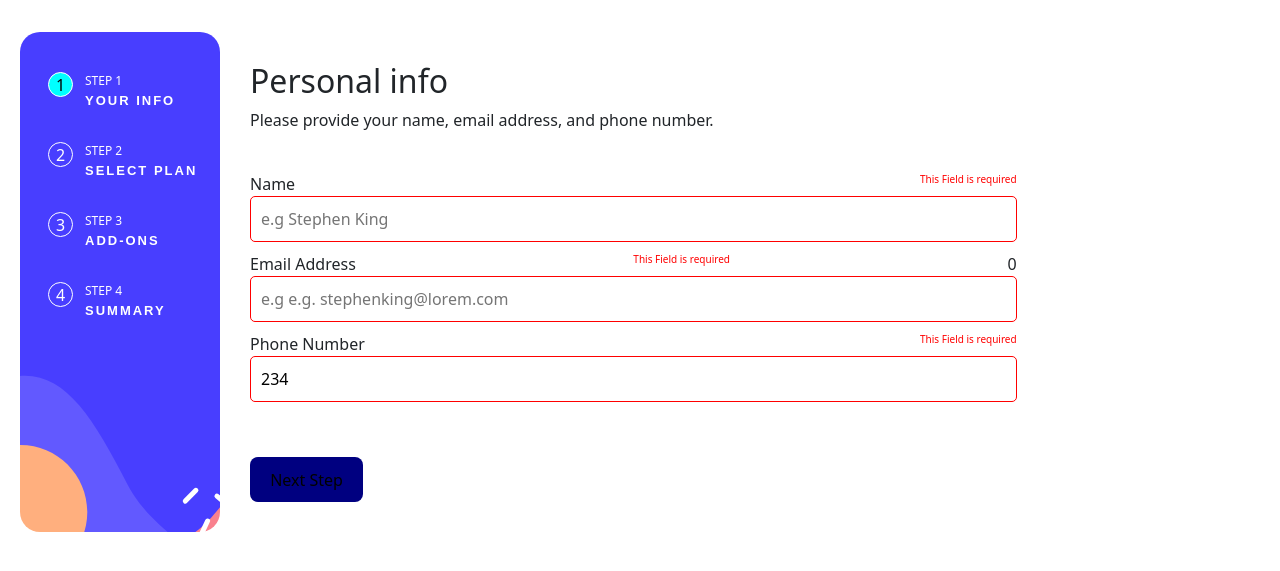
Repository: Celebration-cloud/Multi-Step-Form
Page: /
An editor plug-in stored every save of this project. The page is shown before and after a run of saves, followed by the edit.
The browser window is 1280 px wide. The pictures show the whole page.
The project was rebuilt for these pictures with package versions that can differ from the ones it lists, and the page was loaded fresh each time. Also part of the build but not shown: vite.config.js, src/GoBack.jsx.

Above is the page before, as saved 2023-11-01 14:32:14.

### index.html
<!DOCTYPE html>
<html lang="en">
<head>
  <meta charset="UTF-8">
  <meta name="viewport" content="width=device-width, initial-scale=1.0"> <!-- displays site properly based on user's device -->

  <title>Multi-step form</title>
  <link href="https://cdn.jsdelivr.net/npm/bootstrap@5.0.2/dist/css/bootstrap.min.css" rel="stylesheet" integrity="sha384-EVSTQN3/azprG1Anm3QDgpJLIm9Nao0Yz1ztcQTwFspd3yD65VohhpuuCOmLASjC" crossorigin="anonymous">
  <!-- Feel free to remove these styles or customise in your own stylesheet 👍 -->
  <style>
    .attribution { font-size: 11px; text-align: center; }
    .attribution a { color: hsl(228, 45%, 44%); }
  </style>
</head>
<body>
  <div id="root"></div>
  <script src="https://cdn.jsdelivr.net/npm/@popperjs/core@2.9.2/dist/umd/popper.min.js" integrity="sha384-IQsoLXl5PILFhosVNubq5LC7Qb9DXgDA9i+tQ8Zj3iwWAwPtgFTxbJ8NT4GN1R8p" crossorigin="anonymous"></script>
  <script src="https://cdn.jsdelivr.net/npm/bootstrap@5.0.2/dist/js/bootstrap.min.js" integrity="sha384-cVKIPhGWiC2Al4u+LWgxfKTRIcfu0JTxR+EQDz/bgldoEyl4H0zUF0QKbrJ0EcQF" crossorigin="anonymous"></script>
  <script type="module" src="./src/main.jsx"></script>
</body>
</html>

### src/App.jsx
import { useState } from 'react'
import './App.css'
import "@fontsource/roboto/300.css";
import "@fontsource/roboto/400.css";
import "@fontsource/roboto/500.css";
import "@fontsource/roboto/700.css";
import Pagination from './Pagination/Pagination';
import Procedures from './Procedures/Procedures';
import { PersonalInfo, PickAddOns, SelectYourPlan } from "../src/Procedures/ProceduresList";


function App() {
  const [pages, setPages] = useState(1)
    const [pageDetail, setPageDetail] = useState([])

    const handleNext = () => {
        if(pages < 4)
        setPages(prev => prev + 1)
    }
    const handlePrev = () => {
        if(pages >= 1)
        setPages(prev => prev - 1)
    }
    const store = (slide1) => {
      setPageDetail(prev => [...prev, slide1])
    }
    const handleSubmit = (e) => {
      e.preventDefault();
      handleNext()
      store()
      console.log(pageDetail)
    };
    const slide = [
      <>
        <PersonalInfo store={store}/>
      </>,
      <>
        <SelectYourPlan />
      </>,
      <>
        <PickAddOns />
      </>,
    ];


  return (
    <div className="forming row">
      <div className="pagination col-md-2">
        <Pagination pages={pages} />
      </div>
      <div className="proceed col-sm-8">
        <Procedures
          handlePrev={handlePrev}
          handleSubmit={handleSubmit}
          slide={slide}
          pages={pages}
        />
      </div>
    </div>
  );
}

export default App

{/* <div>
     Sidebar start
    Step 1
  Your info

  Step 2
  Select plan

  Step 3
  Add-ons

  Step 4
  Summary

  Sidebar end

   Step 1 start

  Personal info
  Please provide your name, email address, and phone number.

  Name
  e.g. Stephen King

  Email Address
  e.g. stephenking@lorem.com

  Phone Number
  e.g. +1 234 567 890

  Next Step

  Step 1 end

   Step 2 start

  Select your plan
  You have the option of monthly or yearly billing.

  Arcade
  $9/mo

  Advanced
  $12/mo

  Pro
  $15/mo

  Monthly
  Yearly

  Go Back
  Next Step

  Step 2 end

   Step 3 start

  Pick add-ons
  Add-ons help enhance your gaming experience.

  Online service
  Access to multiplayer games
  +$1/mo

  Larger storage
  Extra 1TB of cloud save
  +$2/mo

  Customizable Profile
  Custom theme on your profile
  +$2/mo

  Go Back
  Next Step

   Step 3 end

  Step 4 start

  Finishing up
  Double-check everything looks OK before confirming.

   Dynamically add subscription and add-on selections here

  Total (per month/year)

  Go Back
  Confirm

   Step 4 end

  Step 5 start

  Thank you!

  Thanks for confirming your subscription! We hope you have fun
  using our platform. If you ever need support, please feel free
  to email us at support@loremgaming.com.

   Step 5 end
  </div> */}

### src/index.css
:root {
  font-family: Inter, system-ui, Avenir, Helvetica, Arial, sans-serif;
  line-height: 1.5;
  font-weight: 400;
  color-scheme: light dark;
  color: rgba(255, 255, 255, 0.87);
  background-color: #242424;

  font-synthesis: none;
  text-rendering: optimizeLegibility;
  -webkit-font-smoothing: antialiased;
  -moz-osx-font-smoothing: grayscale;
  -webkit-text-size-adjust: 100%;
}


a {
  font-weight: 500;
  color: #646cff;
  text-decoration: inherit;
}
a:hover {
  color: #535bf2;
}

body {
  margin: 0px;
  padding: 0px;
}

h1 {
  font-size: 3.2em;
  line-height: 1.1;
}

button {
  border-radius: 8px;
  border: 1px solid transparent;
  padding: 0.6em 1.2em;
  font-size: 1em;
  font-weight: 500;
  font-family: inherit;
  background-color: #1a1a1a;
  cursor: pointer;
  transition: border-color 0.25s;
}
button:hover {
  border-color: #646cff;
}
button:focus,
button:focus-visible {
  outline: 4px auto -webkit-focus-ring-color;
}

@media (prefers-color-scheme: light) {
  :root {
    color: #213547;
    background-color: #ffffff;
  }
  a:hover {
    color: #747bff;
  }
  button {
    background-color: #f9f9f9;
  }
}

### src/App.css
#root {
  padding: 2rem;
  height: 100vh;
}
.proceed{
  padding: 30px;
  height: 100%;
}

.pagination{
  width: 200px;
  height: 100%;
}
.forming{
  padding: 0px;
}
.row{
  --bs-gutter-x: 1.5rem;
}
@media (max-width: 770px) {
  #root{
    padding: 0rem;
    width: 100%;
  }
  .pagination{
    width: 100%;
  }
  .row{
    --bs-gutter-x: 0rem;
  }
}
.logo {
  height: 6em;
  padding: 1.5em;
  will-change: filter;
  transition: filter 300ms;
}
.logo:hover {
  filter: drop-shadow(0 0 2em #646cffaa);
}
.logo.react:hover {
  filter: drop-shadow(0 0 2em #61dafbaa);
}

@keyframes logo-spin {
  from {
    transform: rotate(0deg);
  }
  to {
    transform: rotate(360deg);
  }
}

@media (prefers-reduced-motion: no-preference) {
  a:nth-of-type(2) .logo {
    animation: logo-spin infinite 20s linear;
  }
}

.card {
  padding: 2em;
}

.read-the-docs {
  color: #888;
}

### src/Pagination/Pagination.jsx
/* eslint-disable react/prop-types */
import PaginationStep from "./PaginationStep";
import './Pagination.css'
function Pagination({pages}) {
  return (
    <>

      {PaginationStep?.map((item) => (
        <div className="pageStep row" key={item.id}>
          <div style={pages === item.number ? {backgroundColor: "aqua", color: "black"}: {}} className="pageNum col-1"><p>{item.number}</p></div>
          <div className="stepInfo col-9">
            <p className="steps" >STEP {item.step}</p>
            <p className="info">{item.info}</p>
          </div>
        </div>
      ))}
    </>
  );
}

export default Pagination;

### src/Procedures/Procedures.jsx
/* eslint-disable react/prop-types */
import { useState } from 'react';
import GoBack from '../GoBack';
import Submit from '../Submit';
function Procedures({handlePrev, handleSubmit, slide, pages}) {
  return (
    <form onSubmit={handleSubmit} className='forms'>
      {slide[pages - 1]}
      <div className="submitStyle">
        {pages > 1 && <GoBack handlePrev={handlePrev}/>}
        <Submit handleSubmit={handleSubmit}/>
      </div>
    </form>
  );
}

export default Procedures

### src/Procedures/ProceduresList.jsx
/* eslint-disable react/prop-types */
import './Procedures.css'
import selectPlan from './SelectPlan';
import ToggleButton from "@mui/material/ToggleButton";
import ToggleButtonGroup from "@mui/material/ToggleButtonGroup";
import { useState } from 'react';
function PersonalInfo({store}) {
  const [personalData, setPersonalData] = useState({
    name: "",
    email: "",
    phoneNumber: Number(234),
  })
  const handlePersonalInfo = (e) => {
    const {name, value} = e.target
    setPersonalData(prev => {return {...prev, [name]: value}})
    const formData = {
      name: personalData.name,
      email: personalData.email,
      number: personalData.phoneNumber
    }
    store(formData)
  }
  return (
    <div className="mobileTab">
      <h2 className="personalInfo">Personal info</h2>
      <p className="formDit">
        Please provide your name, email address, and phone number.
      </p>
      <br />
      <span
        style={{
          display: "flex",
          flexDirection: "row",
          justifyContent: "space-between",
        }}
      >
        <label className="inputs" htmlFor="name">
          Name
        </label>
        {personalData.name.length < 1 && (
          <span style={{ color: "red", fontSize: 10 }}>
            This Field is required
          </span>
        )}
      </span>
      <input
        style={personalData.name.length < 1 ? { border: "1px solid red" } : {}}
        className="formInfo"
        id="name"
        name="name"
        value={personalData.name}
        onChange={handlePersonalInfo}
        required
        type="text"
        placeholder="e.g Stephen King"
      />
      <br />
      <span
        style={{
          display: "flex",
          flexDirection: "row",
          justifyContent: "space-between",
        }}
      >
        <label className="inputs" htmlFor="email">
          Email Address
        </label>
        {!personalData.email.includes("@gmail.com") && (
          <span style={{ color: "red", fontSize: 10 }}>
            This Field is required
          </span>
        )}
        {personalData.email.length  && (
          <span style={{ color: "red", fontSize: 10 }}>
            This Field is required
          </span>
        )}
      </span>
      <input
        className="formInfo"
        style={
          !personalData.email.includes("@gmail.com")
            ? { border: "1px solid red" }
            : {}
        }
        id="email"
        name="email"
        type="email"
        value={personalData.email}
        onChange={handlePersonalInfo}
        required
        placeholder="e.g e.g. stephenking@lorem.com"
      />
      <br />
      <span
        style={{
          display: "flex",
          flexDirection: "row",
          justifyContent: "space-between",
        }}
      >
        <label className="inputs" htmlFor="phoneNumber">
          Phone Number
        </label>
        {Number(personalData.phoneNumber).toString().length <= 4 && (
          <span style={{ color: "red", fontSize: 10 }}>
            This Field is required
          </span>
        )}
      </span>
      <input
        className="formInfo"
        style={
          Number(personalData.phoneNumber).toString().length <= 4
            ? { border: "1px solid red" }
            : {}
        }
        id="phoneNumber"
        name="phoneNumber"
        value={personalData.phoneNumber}
        onChange={handlePersonalInfo}
        type="tel"
        required
        placeholder="e.g +1 234 567 890"
        maxLength={14}
      />
      <br />
    </div>
  );
}
function SelectYourPlan() {

  const [alignment, setAlignment] = useState("web");

  const handleChange = (event, newAlignment) => {
    setAlignment(newAlignment);
  };
    return (
      <div className='mobileTab'>
        <h2 className="planTitle">Select Your Plan</h2>
        <p className="formDit">
          You have the option of monthly or yearly billing.
        </p>
        {selectPlan.map((item) => (
          <ToggleButtonGroup
            className="planGap"
            key={item.id}
            color="primary"
            value={alignment}
            exclusive
            onChange={handleChange}
            aria-label="Platform"
          >
            <ToggleButton className="selectingPlan" value={item.title}>
              <div className="selectPlan">
                <img src={item.img} width="50px" alt="" />
                <div>
                  <h6>{item.title}</h6>
                  <span>
                    ${item.monthPrice}/{item.month}
                  </span>
                </div>
              </div>
            </ToggleButton>
          </ToggleButtonGroup>
        ))}
        <div className='monYr'>
          <span>Monthly</span>
          <label className="switch">
            <input type="checkbox" />
            <span className="slider"></span>
          </label>
          <span>Yearly</span>
        </div>
      </div>
    );
}
function PickAddOns() {
    return (
      <div className="mobileTab">
        <h2 className="planTitle">Pick add-ons</h2>
        <p className="formDit">Add-ons help enhance your gaming experience.</p>
      </div>
    );
}

export {PersonalInfo, SelectYourPlan, PickAddOns};

### src/Pagination/PaginationStep.jsx
import {v4 as uuid} from 'uuid'
const PaginationStep = [
  {
    id: uuid(),
    number: 1,
    step: 1,
    info: "YOUR INFO",
  },
  {
    id: uuid(),
    number: 2,
    step: 2,
    info: "SELECT PLAN",
  },
  {
    id: uuid(),
    number: 3,
    step: 3,
    info: "ADD-ONS",
  },
  {
    id: uuid(),
    number: 4,
    step: 4,
    info: "SUMMARY",
  },
];
export default PaginationStep

### src/Pagination/Pagination.css
.pagination{
    background-image: url(../../assets/images/bg-sidebar-desktop.svg);
    background-repeat: no-repeat;
    height: 500px;
    object-fit: contain;
    image-rendering: pixelated;
    display: flex;
    flex-direction: column;
    border-radius: 20px;
    padding: 40px;
    color: white;
}
@media (max-width: 770px) {
    .pagination{
        background-image: url(../../assets/images/bg-sidebar-mobile.svg);
        background-size: cover;
        flex-direction: row;
        height: 100%;
        justify-content: center;
        gap: 20px;
        border-radius: 0px;
    }
    .steps{
        display: none;
    }
    .info{
        display: none;
    }
}
.pageStep{
    margin-bottom: 20px;
}
.pageNum{
    width: 25px;
    height: 25px;
    padding: 0;
    margin: 0;
    border: 1px solid white;
    border-radius: 100%;
}
.pageNum p{
    text-align: center;
}
.stepInfo{
    display: flex;
    flex-direction: column;
    height: 50px;
}
.steps{
    font-weight: 100;
    font-size: 12px;
}
.info{
    font-family: 'Arial';
    font-size: small;
    font-weight: 700;
    letter-spacing: 2px;
    width: 150px;
    margin-top: -15px;
}

### src/Submit.jsx
/* eslint-disable react/prop-types */

function Submit({handleSubmit}) {
  return (
    <>
      <button onChange={handleSubmit} className="formBtn">Next Step</button>
    </>
  );
}

export default Submit

### src/Procedures/Procedures.css
.formInfo{
    width: 100%;
    background-color: transparent;
    border: 1.5px solid rgb(141, 135, 135);
    border-radius: 5px;
    padding: 10px;
    margin-bottom: 10px;
    color: black;
}

.formBtn{
    background-color: navy;
}
.submitStyle{
    display: flex;
    flex-direction: row;
    justify-content: space-between;
    height: 90px;
}
.backBtn{
    align-self: flex-end;
    background-color: transparent;
    color: black;
}
.backBtn:hover{
    color: navy;
}
.submitStyle .formBtn{
    align-self: flex-end;
}
.selectingPlan{
    width: 100%;
    height: 100%;
}
.planGap{
    margin: 5px;
    border-radius: 20px;
}
.selectPlan{
    text-align: left;
    width: 150px;
    height: 150px;
}
.selectPlan img{
    margin-bottom: 40px;
}
.switch {
 --button-width: 2.3em;
 --button-height: 1.3em;
 --toggle-diameter: 0.8em;
 --button-toggle-offset: calc((var(--button-height) - var(--toggle-diameter)) / 2);
 --toggle-shadow-offset: 10px;
 --toggle-wider: 3em;
 --color-grey: black;
 --color-green: black;
}

.slider {
    text-align: left;
 display: inline-block;
 width: var(--button-width);
 height: var(--button-height);
 background-color: var(--color-grey);
 border-radius: calc(var(--button-height) / 2);
 position: relative;
 transition: 0.3s all ease-in-out;
}

.slider::after {
 content: "";
 display: inline-block;
 width: var(--toggle-diameter);
 height: var(--toggle-diameter);
 background-color: #fff;
 border-radius: calc(var(--toggle-diameter) / 2);
 position: absolute;
 top: var(--button-toggle-offset);
 transform: translateX(var(--button-toggle-offset));
 box-shadow: var(--toggle-shadow-offset) 0 calc(var(--toggle-shadow-offset) * 4) rgba(0, 0, 0, 0.1);
 transition: 0.3s all ease-in-out;
}

.switch input[type="checkbox"]:checked + .slider {
 background-color: var(--color-green);
}

.switch input[type="checkbox"]:checked + .slider::after {
 transform: translateX(calc(var(--button-width) - var(--toggle-diameter) - var(--button-toggle-offset)));
 box-shadow: calc(var(--toggle-shadow-offset) * -1) 0 calc(var(--toggle-shadow-offset) * 4) rgba(0, 0, 0, 0.1);
}

.switch input[type="checkbox"] {
 display: none;
}

.switch input[type="checkbox"]:active + .slider::after {
 width: var(--toggle-wider);
}

.switch input[type="checkbox"]:checked:active + .slider::after {
 transform: translateX(calc(var(--button-width) - var(--toggle-wider) - var(--button-toggle-offset)));
}
.monYr{
    width: 100%;
    height: 70px;
    text-align: center;
    margin-top: 20px;
    margin-bottom: -10px;
    background-color: aliceblue;
    font-size: larger;
    font-family: 'Lucida Sans', 'Lucida Sans Regular', 'Lucida Grande', 'Lucida Sans Unicode', Geneva, Verdana, sans-serif;
    color: rgb(152, 166, 166);
    padding: 20px;
    display: flex;
    justify-content: center;
    gap: 15px;
}
@media (max-width: 903px) {
    .selectPlan{
        width: 100%;
    }
}
@media (max-width: 770px) {
    .mobileTab{
        margin: 10px;
        margin-top: -70px;
        background-color: #fff;
        border-radius: 10px;
        box-shadow: 5px;
        padding: 20px;
        margin-bottom: 50px;
    }
    .proceed{
        background-color: aliceblue;
        padding: 10px;
        width: 100vw;
        height: 100%;
        display: flex;
        flex-direction: column;
        justify-content: ;
    }
    .submitStyle{
        margin-top: 10px;
        background-color: white;
        height: 70px;
        padding: 15px;
        width: 100%;
        margin-left: -10px;
        position: absolute;
    }
    .selectPlan{
        width: 150px;
    }

}
@media (max-width: 480px) {
    .selectPlan{
        display: flex;
        height: 50px;
        gap: 10px;
        width: 65vw;
    }
    .selectPlan img{
    margin-bottom: 0px;
}
.monYr{
    border-radius: 10px;
    font-size: large;
}
}

### src/Procedures/SelectPlan.jsx
import Arcade from '../../assets/images/icon-arcade.svg'
import Advanced from '../../assets/images/icon-advanced.svg'
import Pro from '../../assets/images/icon-pro.svg'
import {v4 as uuid} from 'uuid'
const selectPlan = [
    {
      id: uuid(),
      img: Arcade,
      title: "Arcade",
      monthPrice: 9,
      yearPrice: 90,
      month: "mo",
      year: "yr"
    },
    {
      id: uuid(),
      img: Advanced,
      title: "Advanced",
      monthPrice: 12,
      yearPrice: 120,
      month: "mo",
      year: "yr"
    },
    {
      id: uuid(),
      img: Pro,
      title: "Pro",
      monthPrice: 15,
      yearPrice: 150,
      month: "mo",
      year: "yr"
    },
  ]

  export default selectPlan;

Loaded but not shown: src/main.jsx (common file)

After the next 2 saves:
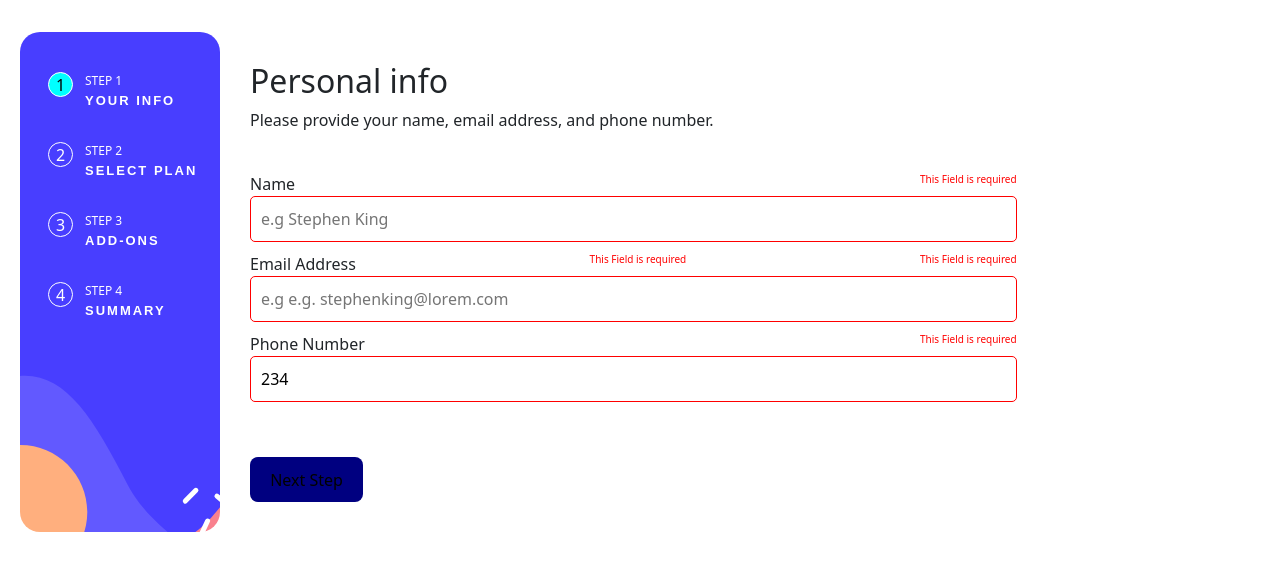
The 2 saves are shown as one change because they came seconds apart.
The last was saved 7 s later.
--- a/src/Procedures/ProceduresList.jsx
+++ b/src/Procedures/ProceduresList.jsx
@@ -70,7 +70,7 @@ function PersonalInfo({store}) {
             This Field is required
           </span>
         )}
-        {personalData.email.length  && (
+        {personalData.email.length < 1 && (
           <span style={{ color: "red", fontSize: 10 }}>
             This Field is required
           </span>
